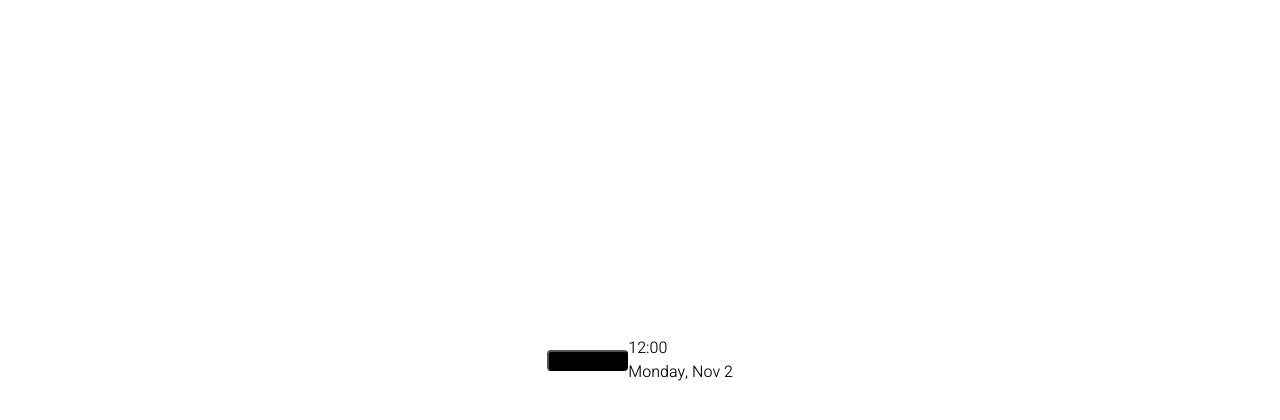
Repository: eagle-tex/50-projects-BT
Page: 19-theme-clock/index.html
An editor plug-in stored every save of this project. The page is shown before and after the next save, followed by the edit.
The browser window is 1280 px wide. The pictures show the whole page.

Above is the page before, as saved 2021-01-15 21:31:22.

After the next save:
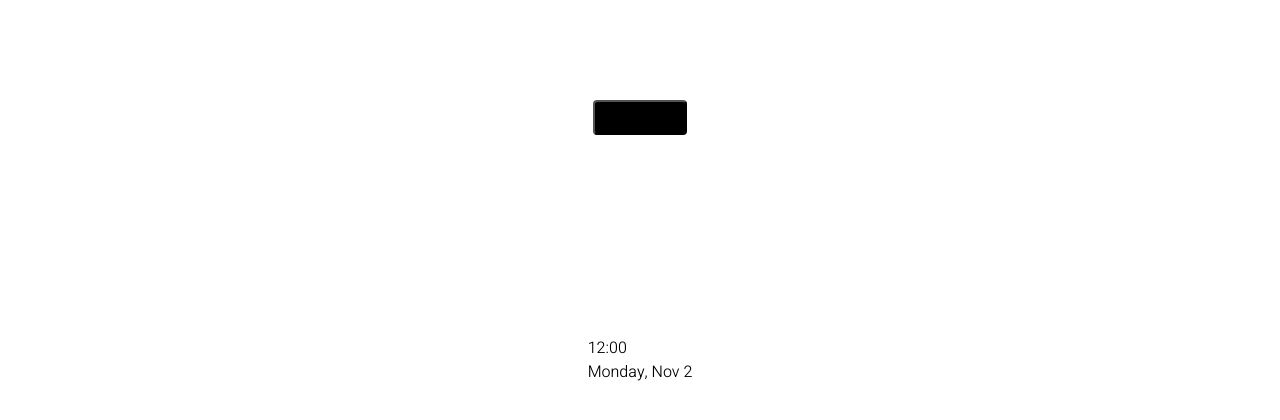
Saved 16 s later.
--- a/19-theme-clock/style.css
+++ b/19-theme-clock/style.css
@@ -46,4 +46,7 @@ body {
   -moz-border-radius: 4px;
   -ms-border-radius: 4px;
   -o-border-radius: 4px;
+  padding: 8px 12px;
+  position: absolute;
+  top: 100px;
 }
